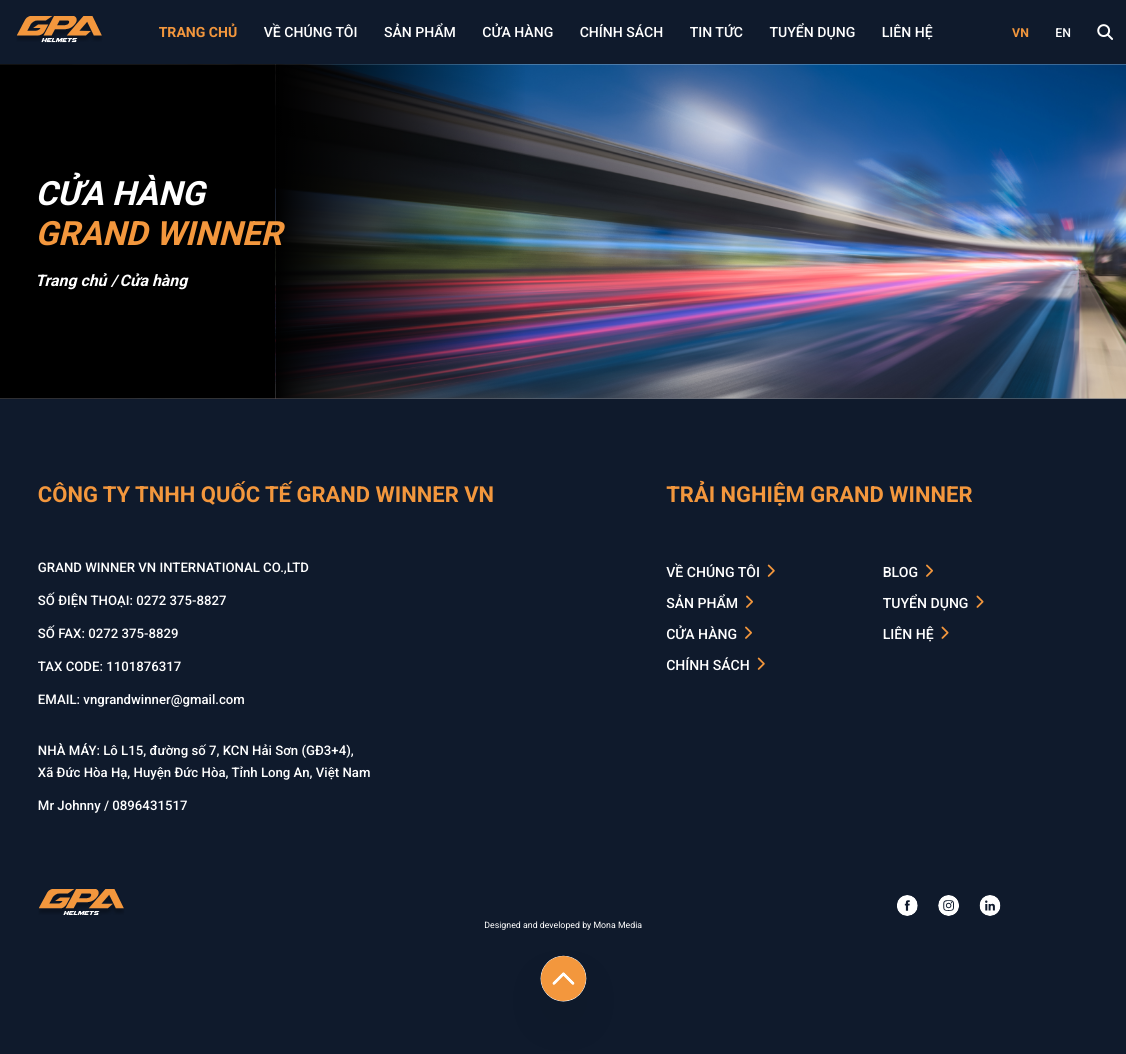
Repository: ThangNguyenT5/GrandWinner
Page: index.html
An editor plug-in stored every save of this project. The page is shown before and after the next save, followed by the edit.
The browser window is 1280 px wide. The pictures show the whole page, at 88% of full size.
Pictures or frames that could not be fetched are drawn as grey boxes. Some web libraries are served in a nearby version.

Above is the page before, as saved 2023-03-28 13:54:03.

After the next save:
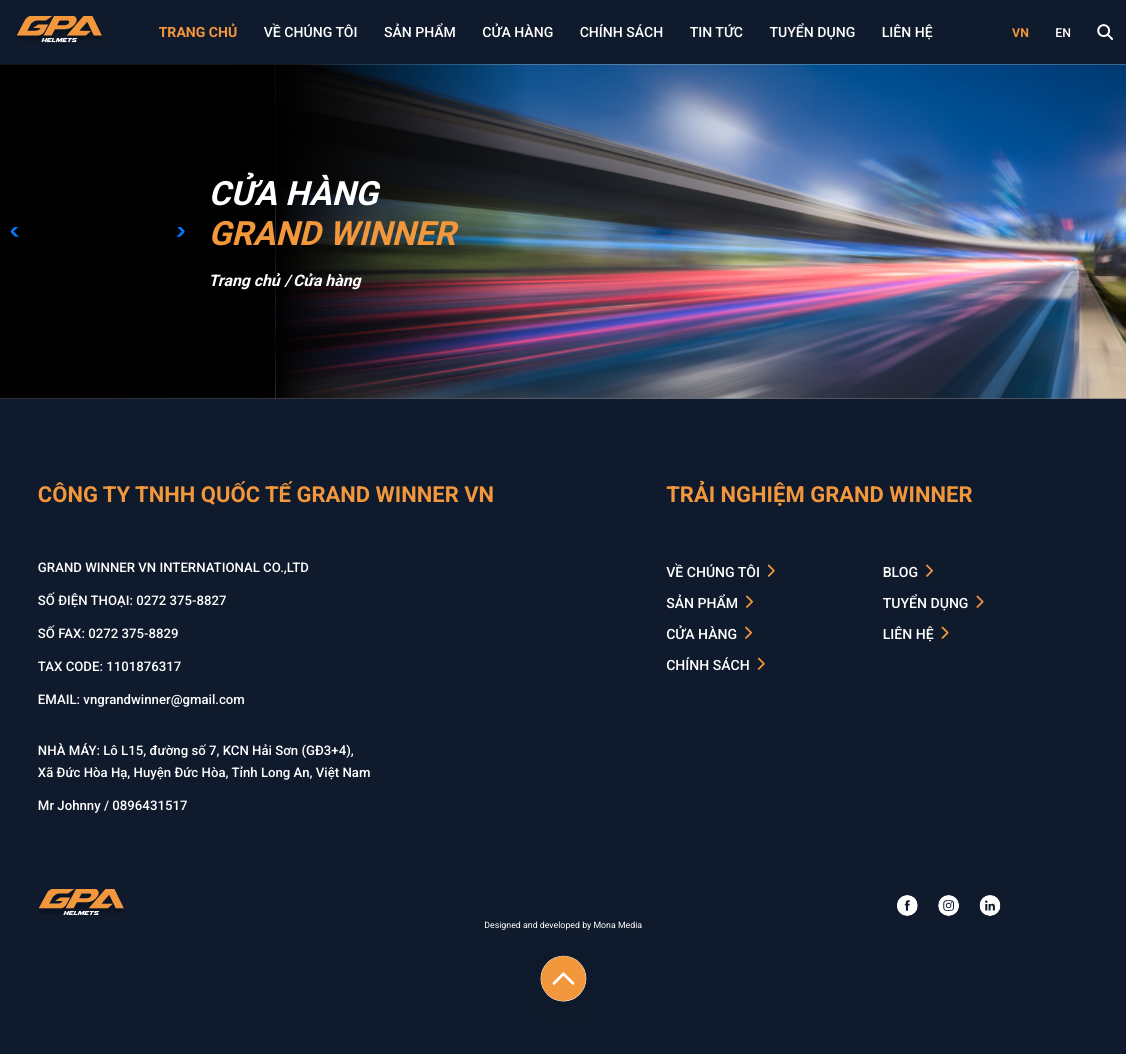
Saved 18 s later.
--- a/index.html
+++ b/index.html
@@ -120,6 +120,23 @@
             <div class="banner-page-img">
                 <img src="./assets/images/banner/banner-trangchu.png" alt="banner-cuahang">
             </div>
+            <div class="swiper mySwiper">
+                <div class="swiper-wrapper">
+                  <div class="swiper-slide">Slide 1</div>
+                  <div class="swiper-slide">Slide 2</div>
+                  <div class="swiper-slide">Slide 3</div>
+                  <div class="swiper-slide">Slide 4</div>
+                  <div class="swiper-slide">Slide 5</div>
+                  <div class="swiper-slide">Slide 6</div>
+                  <div class="swiper-slide">Slide 7</div>
+                  <div class="swiper-slide">Slide 8</div>
+                  <div class="swiper-slide">Slide 9</div>
+                </div>
+                <div class="swiper-button-next"></div>
+                <div class="swiper-button-prev"></div>
+                <div class="swiper-pagination"></div>
+            </div>
+
 
             <div class="banner-page-content">
                 <div class="container">
